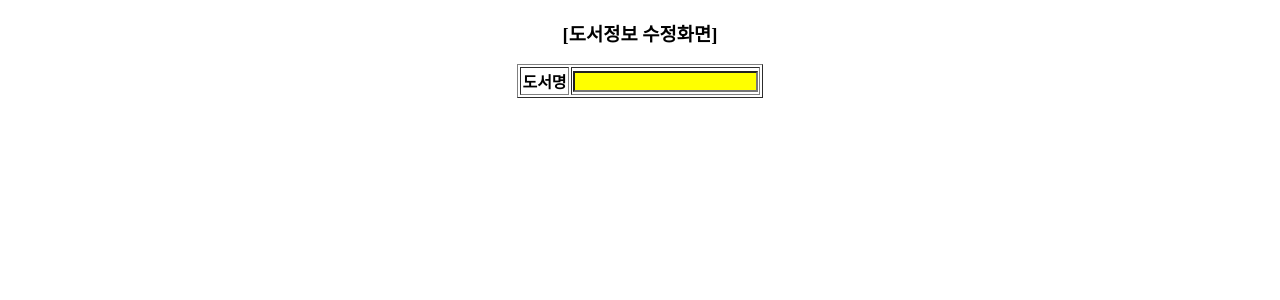
Repository: youngmoon525/Jsp_Servlet
Page: http://localhost/05.TestJSP/detail.jsp
The author's editor kept a copy of each file at every save. The page is drawn from the files as they stood at one save, then again after the next save.
The browser window is 1280 px wide. The pictures show the whole page.
The page is served by Tomcat 9. Other server files are loaded and not shown. Queries for data that is not in the repository find no rows.

Above is the page before, as saved 2021-09-13 03:37:25.

### workspace/05.TestJSP/WebContent/detail.jsp
<%@page import="com.hanul.study.BookDTO"%>
<%@page import="com.hanul.study.BookDAO"%>
<%@ page language="java" contentType="text/html; charset=UTF-8" pageEncoding="UTF-8"%>
<%
String isbn = request.getParameter("isbn");
BookDAO dao = new BookDAO();
BookDTO dto = dao.detailBook(isbn);
pageContext.setAttribute("dto", dto);
%>
<!DOCTYPE html>
<html>
<head>
<meta charset="UTF-8">
<title>Detail JSP</title>
<style type="text/css">
.in{
	background-color: yellow;
}
</style>
</head>
<body>
<div align="center">
<h3>[도서정보 수정화면]</h3>
<form action="update.jsp" method="post">
<table border="1">
	<tr>
		<th>도서명</th>
		<td><input type="text" name="title" value="${dto.title }" class="in"/></td>
	</tr>
</table>
</form>
</div>
</body>
</html>

### workspace/05.TestJSP/src/com/hanul/study/BookDAO.java
package com.hanul.study;

import java.sql.Connection;
import java.sql.DriverManager;
import java.sql.PreparedStatement;
import java.sql.ResultSet;
import java.util.ArrayList;

public class BookDAO {
	private Connection conn;	//연결객체
	private PreparedStatement ps; //전송객체
	private ResultSet rs;	//결과객체

	//DB접속
	public Connection getConn() {
		String url = "jdbc:oracle:thin:@127.0.0.1:1521:XE";
		String user = "hanul";
		String password = "0000";
		try {
			Class.forName("oracle.jdbc.driver.OracleDriver");	//동적로딩
			conn = DriverManager.getConnection(url, user, password);
		} catch (Exception e) {
			e.printStackTrace();	//예외발생의 원인을 상세하게 출력
			System.out.println("getConn() Exception!!!");
		}
		return conn;
	}//getConn()

	//DB접속 해제
	public void dbClose() {
		try {
			if(rs != null) rs.close();
			if(ps != null) ps.close();
			if(conn != null) conn.close();
		} catch (Exception e) {
			e.printStackTrace();
		}
	}//dbClose()

	//도서정보 등록
	public int inserBook(BookDTO dto) {
		conn = getConn();
		String sql = "insert into tblBook values(?,?,?,?,?,?,?)";
		int succ = 0;
		try {
			ps = conn.prepareStatement(sql);
			ps.setString(1, dto.getTitle());
			ps.setString(2, dto.getName());
			ps.setString(3, dto.getIsbn());
			ps.setString(4, dto.getCompany());
			ps.setInt(5, dto.getCost());
			ps.setInt(6, dto.getQty());
			ps.setInt(7, dto.getCost() * dto.getQty());
			succ = ps.executeUpdate();
		} catch (Exception e) {
			e.printStackTrace();
			System.out.println("inserBook() Exception!!!");
		} finally {
			dbClose();
		}
		return succ;
	}//inserBook()

	//전체도서 목록 조회
	public ArrayList<BookDTO> searchAllBook() {
		conn = getConn();
		String sql = "select * from tblBook";
		ArrayList<BookDTO> list = new ArrayList<>();
		try {
			ps = conn.prepareStatement(sql);
			rs = ps.executeQuery();
			while(rs.next()) {
				BookDTO dto = new BookDTO();
				dto.setTitle(rs.getString("title"));
				dto.setName(rs.getString("name"));
				dto.setIsbn(rs.getString("isbn"));
				dto.setCompany(rs.getString("company"));
				dto.setCost(rs.getInt("cost"));
				dto.setQty(rs.getInt("qty"));
				dto.setPrice(rs.getInt("price"));
				list.add(dto);
			}
		} catch (Exception e) {
			e.printStackTrace();
			System.out.println("searchAllBook() Exception!!!");
		} finally {
			dbClose();
		}
		return list;
	}//searchAllBook()

	//도서정보 삭제
	public int deleteBook(String isbn) {
		conn = getConn();
		String sql = "delete from tblBook where isbn = ?";
		int succ= 0;
		try {
			ps = conn.prepareStatement(sql);
			ps.setString(1, isbn);
			succ = ps.executeUpdate();
		} catch (Exception e) {
			e.printStackTrace();
			System.out.println("deleteBook() Exception!!!");
		}finally {
			dbClose();
		}
		return succ;
	}//deleteBook()

	//ISBN 코드에 해당되는 도서정보를 검색
	public BookDTO detailBook(String isbn) {
		conn = getConn();
		String sql = "select * from tblBook where isbn = ?";
		BookDTO dto = null;
		try {
			ps = conn.prepareStatement(sql);
			ps.setString(1, isbn);
			rs = ps.executeQuery();
			if(rs.next()) {
				dto = new BookDTO();
				dto.setTitle(rs.getString("title"));
				dto.setName(rs.getString("name"));
				dto.setIsbn(rs.getString("isbn"));
				dto.setCompany(rs.getString("company"));
				dto.setCost(rs.getInt("cost"));
				dto.setQty(rs.getInt("qty"));
				dto.setPrice(rs.getInt("price"));
			}
		} catch (Exception e) {
			e.printStackTrace();
			System.out.println("detailBook() Exception!!!");
		} finally {
			dbClose();
		}
		return dto;
	}//detailBook()




}//class

After the next save:
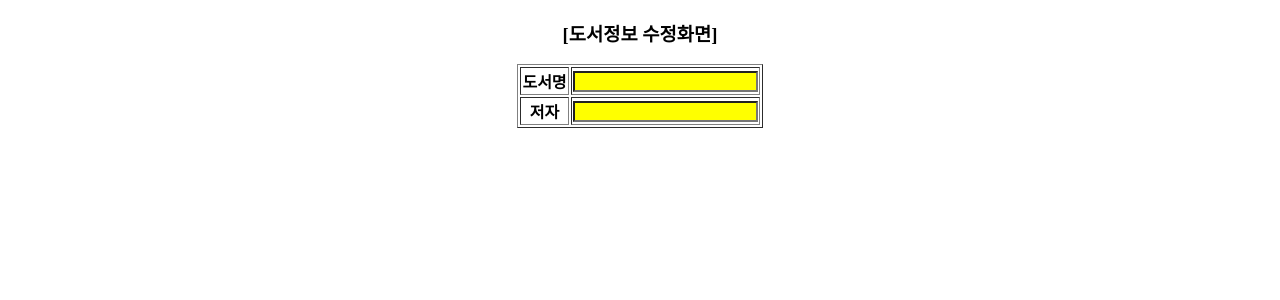
Saved 38 s later.
--- a/workspace/05.TestJSP/WebContent/detail.jsp
+++ b/workspace/05.TestJSP/WebContent/detail.jsp
@@ -27,6 +27,10 @@ pageContext.setAttribute("dto", dto);
 		<th>도서명</th>
 		<td><input type="text" name="title" value="${dto.title }" class="in"/></td>
 	</tr>
+	<tr>
+		<th>저자</th>
+		<td><input type="text" name="name" value="${dto.name }" class="in"/></td>
+	</tr>
 </table>
 </form>
 </div>
